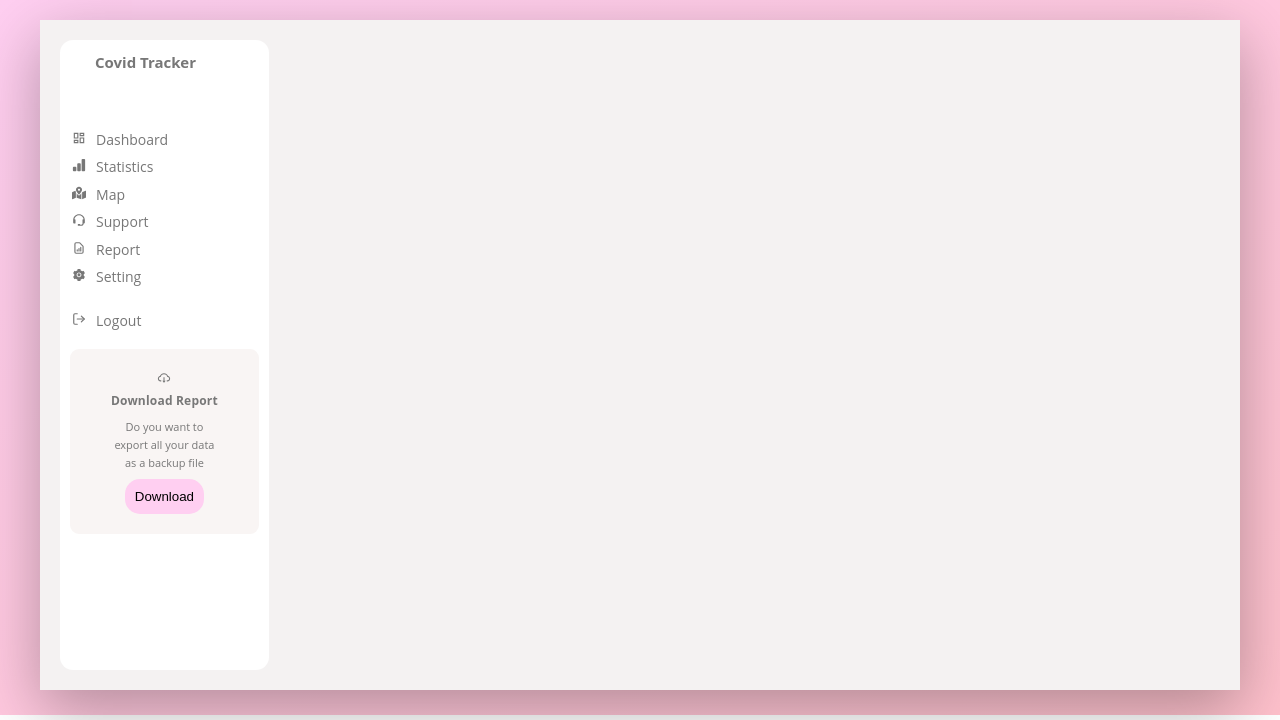
Repository: okidijimmy200/CovidAdminTracker
Page: /
An editor plug-in stored every save of this project. The page is shown before and after the next save, followed by the edit.
The browser window is 1280 px wide. The pictures show the whole page.
The project was rebuilt for these pictures with package versions that can differ from the ones it lists, and the page was loaded fresh each time.

Above is the page before, as saved 2022-06-16 15:07:21.

After the next save:
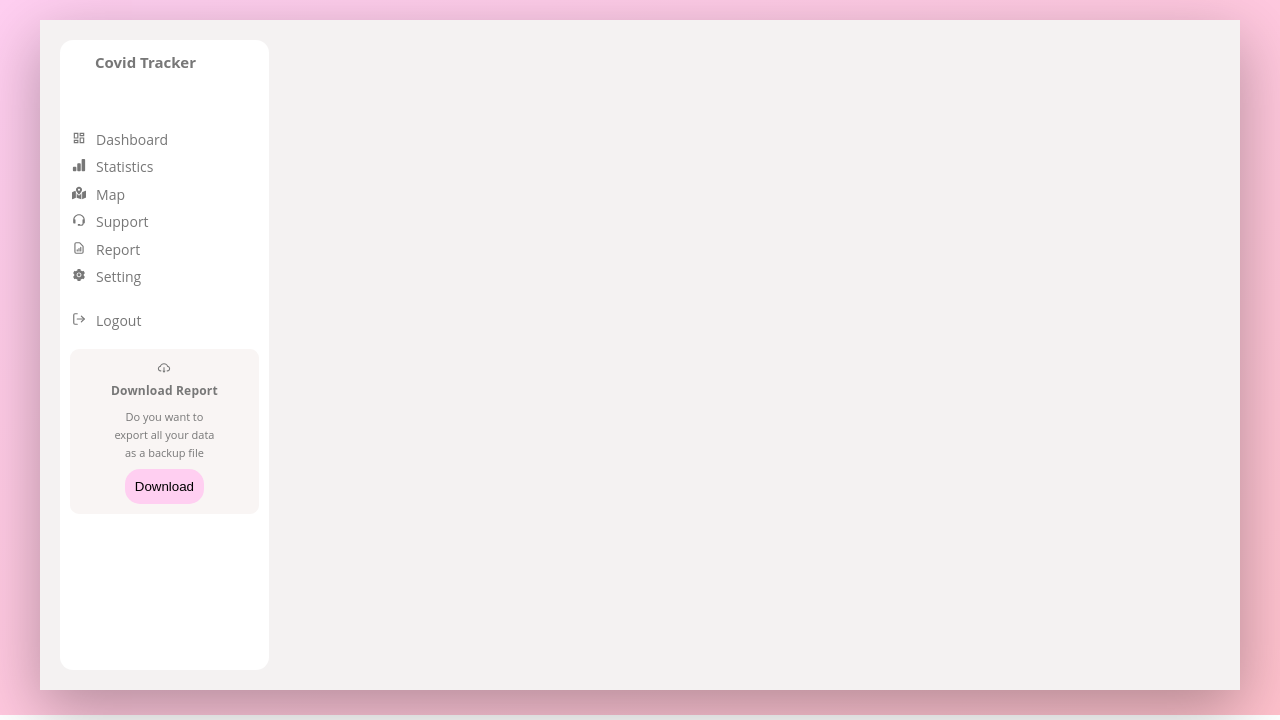
Saved 90 s later.
--- a/src/sidebar/sidebar.scss
+++ b/src/sidebar/sidebar.scss
@@ -84,7 +84,7 @@
 
     &__container {
         text-align: center;
-        margin: 2rem 4rem;
+        margin: 1rem 4rem;
     }
 
     &__icon {
